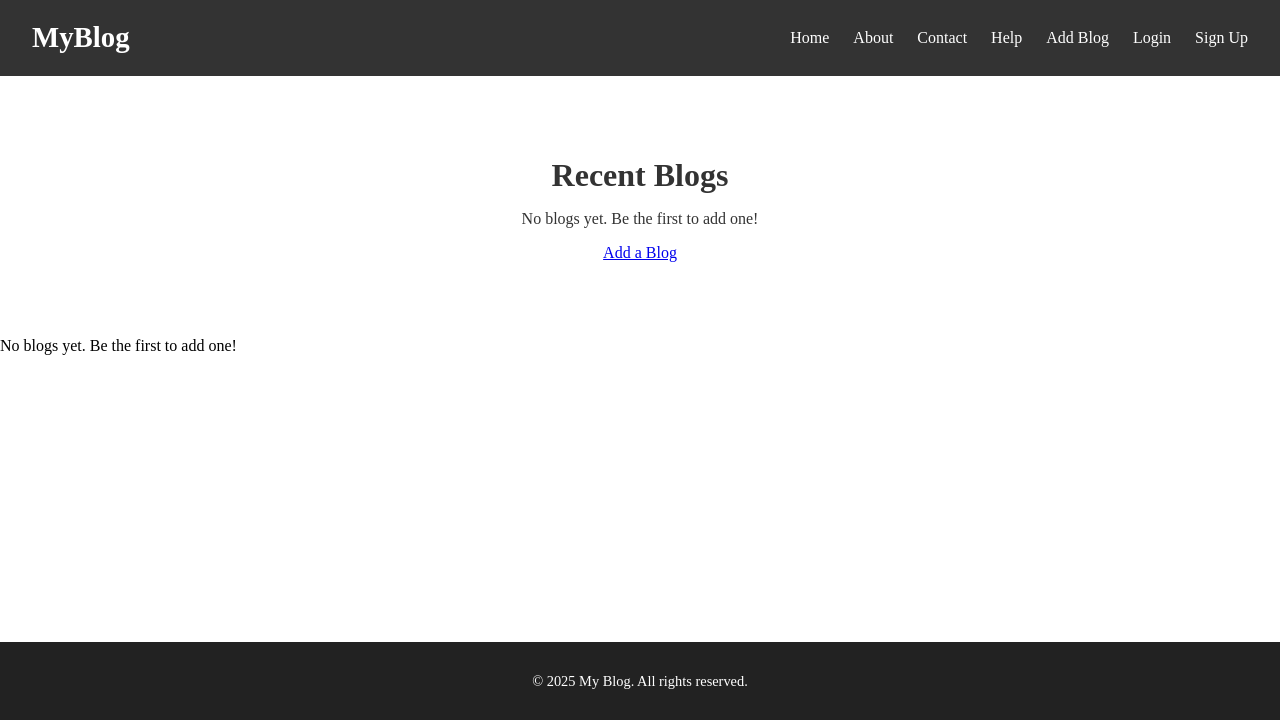
Repository: ankitg-02/FLASK
Page: http://localhost/
These files come from the project's save history. The page is drawn as it stood at one moment and after the next save; the edit follows.
The browser window is 1280 px wide. The pictures show the whole page.
The page is served by the project's application, run on Flask 3 (app.py). Queries for data that is not in the repository find no rows.

Above is the page before, as saved 2025-05-19 22:15:05.

### Project2/templates/index.html
{% extends "base.html" %} {% block title %}Home | My Blog{% endblock %} {% block
content %}
<div class="card-mb-3" ,align-items="center" style="width: 18rem">
  <h1 class="text-center mb-4" ,align-items="center">Recent Blogs</h1>
  {% for blog in blogs %}
  <div class="card-mb-3" ,align-items="center" style="width: 18rem">
    <h2 class="card-title" ,align-items="center">{{ blog.title }}</h2>
    <p class="card-text">{{ blog.content }}</p>
  </div>
  {% else %}
  <p class="text-center">No blogs yet. Be the first to add one!</p>
  {% endfor %}
  <p class="text-center">
    <a href="{{ url_for('add_blog') }}" class="btn btn-primary">Add a Blog</a>
  </p>
</div>
<p class="text-center">No blogs yet. Be the first to add one!</p>
{% endblock %}

### Project2/templates/base.html
<!DOCTYPE html>
<html lang="en">
  <head>
    <meta charset="UTF-8" />
    <title>{% block title %}My Blog{% endblock %}</title>
    <link
      rel="stylesheet"
      href="{{ url_for('static', filename='css/style.css') }}"
    />
    <meta name="viewport" content="width=device-width, initial-scale=1" />
  </head>
  <body>
    <div class="wrapper">
      <nav class="navbar">
        <div class="nav-container">
          <a href="{{ url_for('index') }}" class="nav-logo">MyBlog</a>
          <ul class="nav-menu" id="nav-menu">
            <li><a href="{{ url_for('index') }}" class="nav-link">Home</a></li>
            <li><a href="{{ url_for('about') }}" class="nav-link">About</a></li>
            <li>
              <a href="{{ url_for('contact') }}" class="nav-link">Contact</a>
            </li>
            <li><a href="{{ url_for('help') }}" class="nav-link">Help</a></li>
            <li>
              <a href="{{ url_for('add_blog') }}" class="nav-link">Add Blog</a>
            </li>

            {% if current_user.is_authenticated %}
            <li>
              <a href="{{ url_for('logout') }}" class="nav-link nav-link-button"
                >Logout</a
              >
            </li>
            {% else %}
            <li><a href="{{ url_for('login') }}" class="nav-link">Login</a></li>
            <li>
              <a href="{{ url_for('signup') }}" class="nav-link nav-link-button"
                >Sign Up</a
              >
            </li>
            {% endif %}
          </ul>
          <div class="nav-toggle" id="nav-toggle">
            <span></span>
            <span></span>
            <span></span>
          </div>
        </div>
      </nav>

      <main>{% block content %}{% endblock %}</main>

      <footer class="footer">
        <p>&copy; 2025 My Blog. All rights reserved.</p>
      </footer>
    </div>

    <script>
      const navToggle = document.getElementById("nav-toggle");
      const navMenu = document.getElementById("nav-menu");

      navToggle.addEventListener("click", () => {
        navMenu.classList.toggle("nav-menu_visible");
        navToggle.classList.toggle("nav-toggle_active");
      });
    </script>
  </body>
</html>

### Project2/app.py
from flask import Flask, render_template, request, redirect, url_for, flash
from flask_sqlalchemy import SQLAlchemy
from flask_login import LoginManager, UserMixin, login_user, login_required, logout_user, current_user
from werkzeug.security import generate_password_hash, check_password_hash
from datetime import datetime

app = Flask(__name__)
app.secret_key = "secretkey"

# Database configuration
app.config['SQLALCHEMY_DATABASE_URI'] = 'sqlite:///blogs.db'
app.config['SQLALCHEMY_TRACK_MODIFICATIONS'] = False
db = SQLAlchemy(app)

# Flask-Login setup
login_manager = LoginManager()
login_manager.init_app(app)
login_manager.login_view = 'login'

# User model
class User(db.Model, UserMixin):
    id = db.Column(db.Integer, primary_key=True)
    username = db.Column(db.String(100), unique=True, nullable=False)
    email = db.Column(db.String(120), unique=True, nullable=False)
    password = db.Column(db.String(200), nullable=False)

# Blog model
class Blog(db.Model):
    id = db.Column(db.Integer, primary_key=True)
    author = db.Column(db.String(100), nullable=False)
    email = db.Column(db.String(120), nullable=False)
    phone = db.Column(db.String(15), nullable=False)
    title = db.Column(db.String(200), nullable=False)
    content = db.Column(db.Text, nullable=False)
    date_posted = db.Column(db.DateTime, default=datetime.utcnow)

@login_manager.user_loader
def load_user(user_id):
    return User.query.get(int(user_id))

# Routes
@app.route('/')
def index():
    blogs = Blog.query.order_by(Blog.date_posted.desc()).all()
    return render_template('index.html', blogs=blogs)

@app.route('/about')
def about():
    return render_template('about.html')

@app.route('/contact')
def contact():
    return render_template('contact.html')

@app.route('/help')
def help():
    return render_template('help.html')

@app.route('/add_blog', methods=['GET', 'POST'])
@login_required
def add_blog():
    if request.method == 'POST':
        author = request.form['author']
        email = request.form['email']
        phone = request.form['phone']
        title = request.form['title']
        content = request.form['content']

        new_blog = Blog(
            author=author,
            email=email,
            phone=phone,
            title=title,
            content=content
        )

        try:
            db.session.add(new_blog)
            db.session.commit()
            flash("✅ Blog added successfully!", "success")
            return redirect(url_for('index'))
        except Exception as e:
            flash(f"❌ Error: {str(e)}", "danger")
            return redirect(url_for('add_blog'))

    return render_template('add_blog.html')

@app.route('/signup', methods=['GET', 'POST'])
def signup():
    if request.method == 'POST':
        username = request.form['username']
        email = request.form['email']
        password = generate_password_hash(request.form['password'])

        user = User(username=username, email=email, password=password)
        try:
            db.session.add(user)
            db.session.commit()
            flash("✅ Account created. Please log in.", "success")
            return redirect(url_for('login'))
        except:
            flash("❌ Username or Email already exists.", "danger")
            return redirect(url_for('signup'))

    return render_template('signup.html')

@app.route('/login', methods=['GET', 'POST'])
def login():
    if request.method == 'POST':
        email = request.form['email']
        password = request.form['password']
        user = User.query.filter_by(email=email).first()
        if user and check_password_hash(user.password, password):
            login_user(user)
            flash("✅ Logged in successfully.", "success")
            return redirect(url_for('index'))
        else:
            flash("❌ Invalid credentials.", "danger")
            return redirect(url_for('login'))
    return render_template('login.html')

@app.route('/logout')
@login_required
def logout():
    logout_user()
    flash("🔒 Logged out.", "info")
    return redirect(url_for('index'))

# Run app
if __name__ == '__main__':
    with app.app_context():
        db.create_all()
    app.run(debug=True)

### Project2/static/css/style.css
html, body {
  height: 100%;
  margin: 0;
  padding: 0;
}

.wrapper {
  display: flex;
  flex-direction: column;
  min-height: 100vh;
}
main {
  flex: 1;
}

.navbar {
  background-color: #333;
  color: white;
  padding: 0.8rem 2rem;
  position: sticky;
  top: 0;
  z-index: 1000;
}

.nav-container {
  display: flex;
  justify-content: space-between;
  align-items: center;
}

.nav-logo {
  font-size: 1.8rem;
  font-weight: bold;
  color: white;
  text-decoration: none;
}

.nav-menu {
  list-style: none;
  display: flex;
  gap: 1.5rem;
}

.nav-link {
  text-decoration: none;
  color: white;
  transition: color 0.3s ease;
}

.nav-link:hover {
  color: #00bfff;
}

.nav-button {
  background-color: #00bfff;
  padding: 0.5rem 1rem;
  border-radius: 5px;
  color: white;
}

.nav-toggle {
  display: none;
  flex-direction: column;
  cursor: pointer;
}

.nav-toggle .bar {
  height: 3px;
  width: 25px;
  background-color: white;
  margin: 4px 0;
  transition: all 0.3s;
}

/* Mobile view */
@media (max-width: 768px) {
  .nav-menu {
    flex-direction: column;
    position: absolute;
    top: 60px;
    right: 0;
    background-color: #333;
    width: 100%;
    max-height: 0;
    overflow: hidden;
    transition: max-height 0.3s ease;
  }

  .nav-menu-visible {
    max-height: 400px;
  }

  .nav-toggle {
    display: flex;
  }

  .nav-menu li {
    margin: 1rem 0;
    text-align: center;
  }
}

.main-content {
  padding: 2rem;
  text-align: center;
}

.footer {
  background-color: #222;
  color: #fff;
  padding: 1rem;
  text-align: center;
  font-size: 0.9rem;
}
.form-container {
  max-width: 500px;
  margin: 2rem auto;
  background-color: #ffffff;
  padding: 2rem;
  border-radius: 10px;
  box-shadow: 0 8px 20px rgba(0, 0, 0, 0.05);
  text-align: center;
}

.form-container h2 {
  margin-bottom: 1rem;
  color: #333;
}

.form-container form {
  display: flex;
  flex-direction: column;
  gap: 1rem;
}

.form-container input,
.form-container textarea {
  padding: 0.75rem;
  border: 1px solid #ccc;
  border-radius: 8px;
  font-size: 1rem;
}

.form-container textarea {
  resize: vertical;
}

.form-button {
  background-color: #00bfff;
  color: white;
  padding: 0.75rem;
  border: none;
  border-radius: 8px;
  cursor: pointer;
  transition: background-color 0.3s ease;
  font-size: 1rem;
}

.form-button:hover {
  background-color: #009ace;
}

.form-container p {
  margin-top: 1rem;
  font-size: 0.95rem;
}

.form-container a {
  color: #00bfff;
  text-decoration: none;
}
.card-mb-3 {
  max-width: 800px;
  margin: 40px auto; /* centers horizontally */
  padding: 20px;
  text-align: center;
}

.card-mb-3 h1,
.card-mb-3 h2,
.card-mb-3 p {
  margin-bottom: 15px;
  color: #333;
}

After the next save:
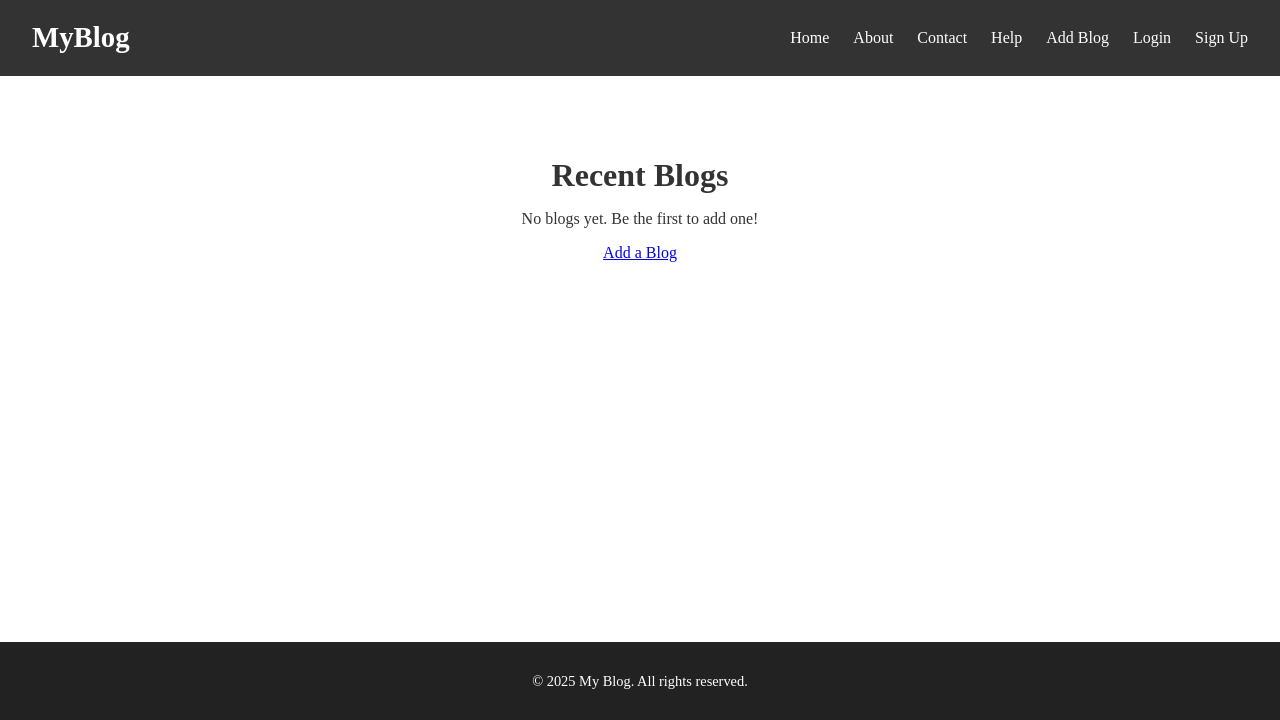
Saved 34 s later.
--- a/Project2/templates/index.html
+++ b/Project2/templates/index.html
@@ -14,5 +14,4 @@ content %}
     <a href="{{ url_for('add_blog') }}" class="btn btn-primary">Add a Blog</a>
   </p>
 </div>
-<p class="text-center">No blogs yet. Be the first to add one!</p>
 {% endblock %}
